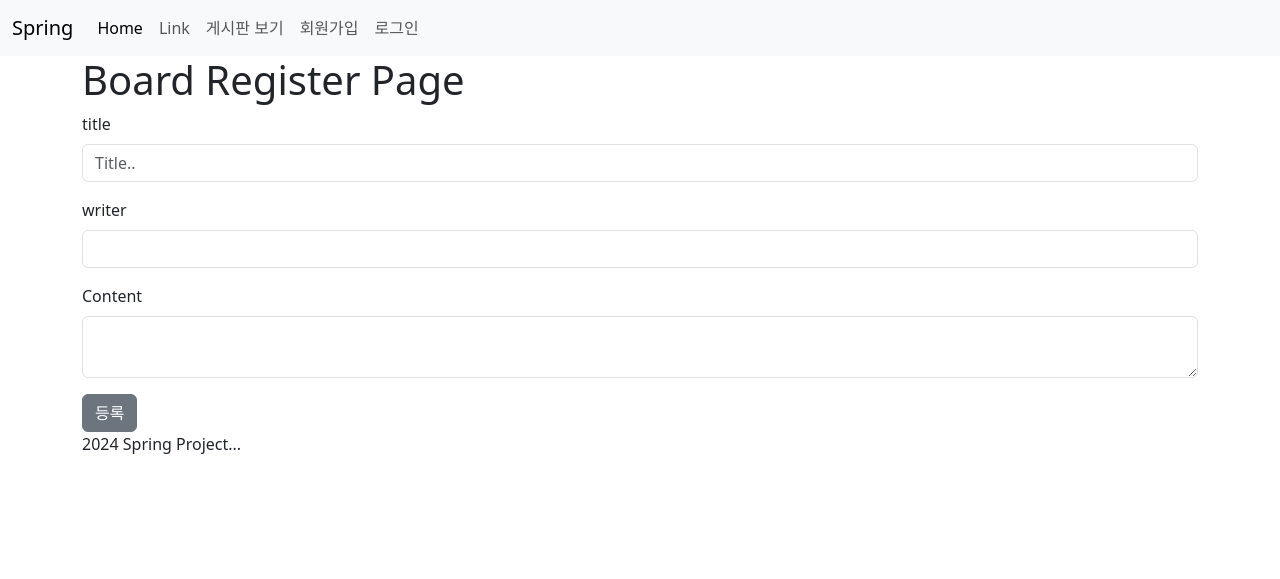
Repository: gajami-kim/240430_Spring_Study
Page: http://localhost/spring_study/WEB-INF/views/board/register.jsp
An editor plug-in stored every save of this project. The page is shown before and after the next save, followed by the edit.
The browser window is 1280 px wide. The pictures show the whole page.
The page is served by Tomcat 9. Nobody is signed in. The template is opened directly, without the code that normally fills it, so the values that code supplies are empty.

Above is the page before, as saved 2024-04-29 01:16:23.

### spring_study/src/main/webapp/WEB-INF/views/board/register.jsp
<%@ page language="java" contentType="text/html; charset=UTF-8"
    pageEncoding="UTF-8"%>

<jsp:include page="../layout/header.jsp" />

<div class="container-sm">
<h1>Board Register Page</h1>
	<form action="/board/insert" method="post" enctype="multipart/form-data">
		<div class="mb-3">
		  <label for="t" class="form-label">title</label>
		  <input type="text" class="form-control" name="title" id="t" placeholder="Title..">
		</div>
		<div class="mb-3">
		  <label for="w" class="form-label">writer</label>
		  <input type="text" class="form-control" name="writer" id="w" value="${ses.id }" readonly="readonly">
		</div>
		<div class="mb-3">
		  <label for="c" class="form-label">Content</label>
		  <textarea class="form-control" name="content" id="c" aria-label="With textarea"></textarea>
		</div>
		<button type="submit" class="btn btn-secondary">등록</button>
	</form>
</div>

<jsp:include page="../layout/footer.jsp" />

### spring_study/src/main/webapp/WEB-INF/views/layout/header.jsp
<%@ page language="java" contentType="text/html; charset=UTF-8"
    pageEncoding="UTF-8"%>
    <%@ taglib uri="http://java.sun.com/jsp/jstl/core" prefix="c"%>
<!DOCTYPE html>
<html>
<head>
<meta charset="UTF-8">
<title>header.jsp</title>
</head>
<link href="https://cdn.jsdelivr.net/npm/bootstrap@5.3.3/dist/css/bootstrap.min.css" rel="stylesheet" integrity="sha384-QWTKZyjpPEjISv5WaRU9OFeRpok6YctnYmDr5pNlyT2bRjXh0JMhjY6hW+ALEwIH" crossorigin="anonymous">
<script src="https://cdn.jsdelivr.net/npm/bootstrap@5.3.3/dist/js/bootstrap.bundle.min.js" integrity="sha384-YvpcrYf0tY3lHB60NNkmXc5s9fDVZLESaAA55NDzOxhy9GkcIdslK1eN7N6jIeHz" crossorigin="anonymous"></script>
<body>
<nav class="navbar navbar-expand-lg bg-body-tertiary">
  <div class="container-fluid">
  	<!-- href로 '/'만 달면 HomeController에 의해 index로 이동 -->
    <a class="navbar-brand" href="/">Spring</a>
    <button class="navbar-toggler" type="button" data-bs-toggle="collapse" data-bs-target="#navbarSupportedContent" aria-controls="navbarSupportedContent" aria-expanded="false" aria-label="Toggle navigation">
      <span class="navbar-toggler-icon"></span>
    </button>
    <div class="collapse navbar-collapse" id="navbarSupportedContent">
      <ul class="navbar-nav me-auto mb-2 mb-lg-0">
        <li class="nav-item">
          <a class="nav-link active" aria-current="page" href="/">Home</a>
        </li>
        <li class="nav-item">
          <a class="nav-link" href="/">Link</a>
        </li>
        <c:if test="${ses.id ne null }">
        <li class="nav-item">
          <a class="nav-link" href="/board/register">게시판 글쓰기</a>
        </li>
        </c:if>
        <li class="nav-item">
          <a class="nav-link" href="/board/list">게시판 보기</a>
        </li>
        <c:if test="${ses.id eq null }">
        <li class="nav-item">
          <a class="nav-link" href="/member/register">회원가입</a>
        </li>
        <li class="nav-item">
          <a class="nav-link" href="/member/login">로그인</a>
        </li>
        </c:if>
        <c:if test="${ses.id ne null }">
        <li class="nav-item">
          <a class="nav-link" href="/member/logout">로그아웃</a>
        </li>
        <li class="nav-item">
          <a class="nav-link" href="/member/modify">${ses.id }(${ses.email }) Welcome!!</a>
        </li>
        </c:if>
      </ul>
    </div>
  </div>
</nav>

### spring_study/src/main/webapp/WEB-INF/views/layout/footer.jsp
<%@ page language="java" contentType="text/html; charset=UTF-8"
    pageEncoding="UTF-8"%>

<div class="container-sm">
	2024 Spring Project...
</div>

</body>
</html>

After the next save:
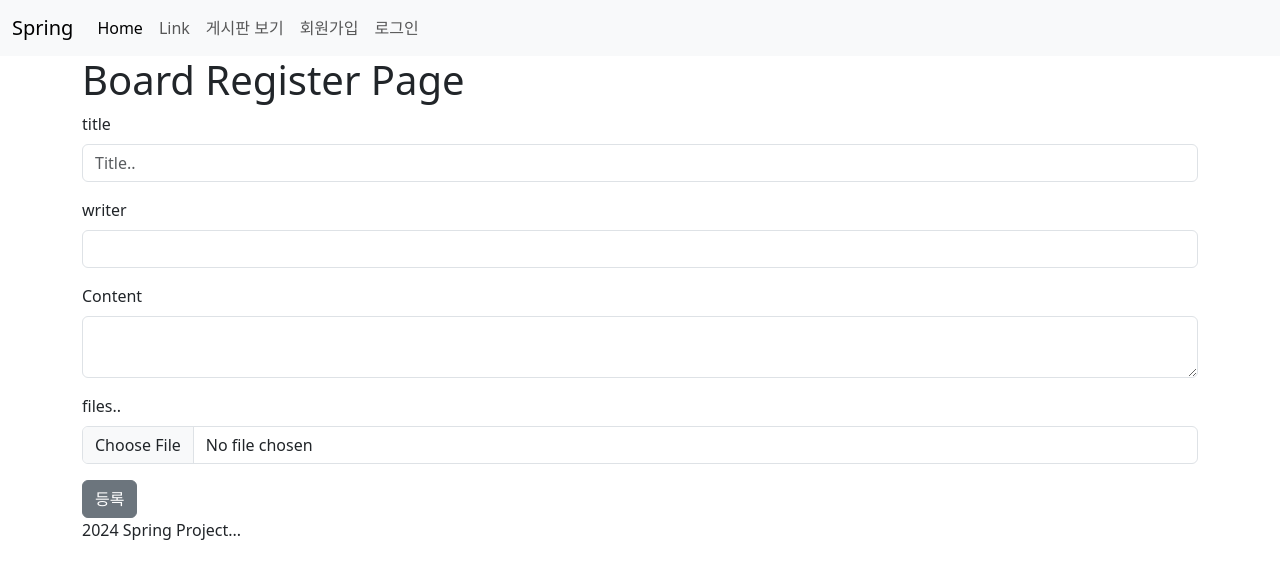
Saved 2 min 19 s later.
--- a/spring_study/src/main/webapp/WEB-INF/views/board/register.jsp
+++ b/spring_study/src/main/webapp/WEB-INF/views/board/register.jsp
@@ -5,7 +5,7 @@
 
 <div class="container-sm">
 <h1>Board Register Page</h1>
-	<form action="/board/insert" method="post" enctype="multipart/form-data">
+	<form action="/board/insert" method="post" enctype="application/x-www-form-urlencoded">
 		<div class="mb-3">
 		  <label for="t" class="form-label">title</label>
 		  <input type="text" class="form-control" name="title" id="t" placeholder="Title..">
@@ -18,6 +18,12 @@
 		  <label for="c" class="form-label">Content</label>
 		  <textarea class="form-control" name="content" id="c" aria-label="With textarea"></textarea>
 		</div>
+
+		<!-- 파일 입력 라인 추가 -->
+		<div class="mb-3">
+		  <label for="file" class="form-label">files..</label>
+		  <input type="file" class="form-control" name="files" id="file">
+		</div>
 		<button type="submit" class="btn btn-secondary">등록</button>
 	</form>
 </div>
